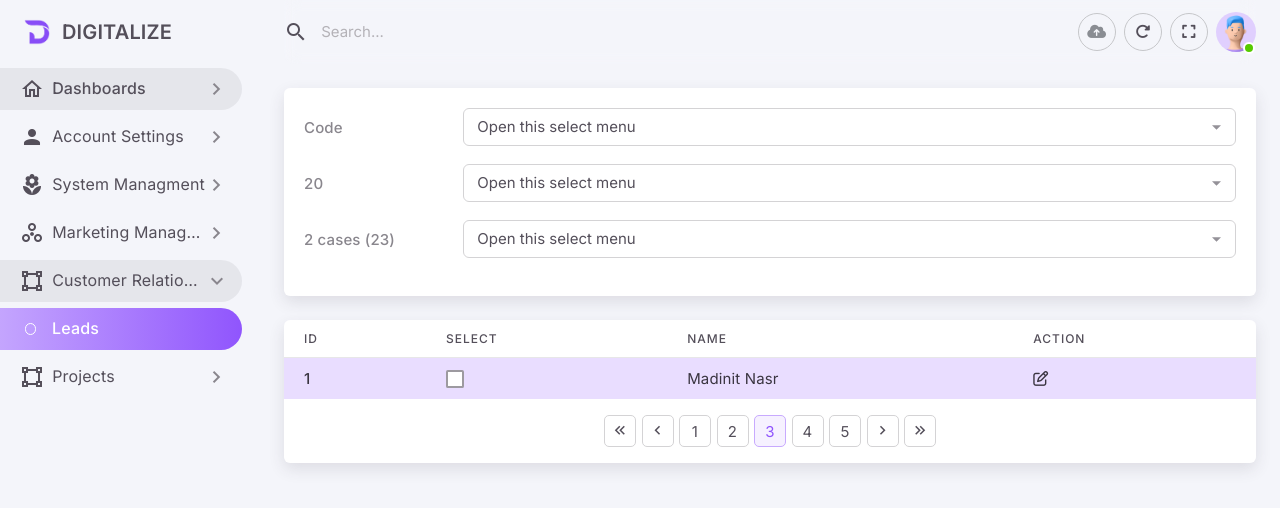
Repository: FadyFathey/sales-crm
Page: html/project-list.html
An editor plug-in stored every save of this project. The page is shown before and after the next save, followed by the edit.
The browser window is 1280 px wide. The pictures show the whole page.
Some icons come from a web library that is not loaded, so they are not drawn. Some web libraries are served in a nearby version.

Above is the page before, as saved 2024-10-09 13:48:16.
Console error: ReferenceError: d3 is not defined

After the next save:
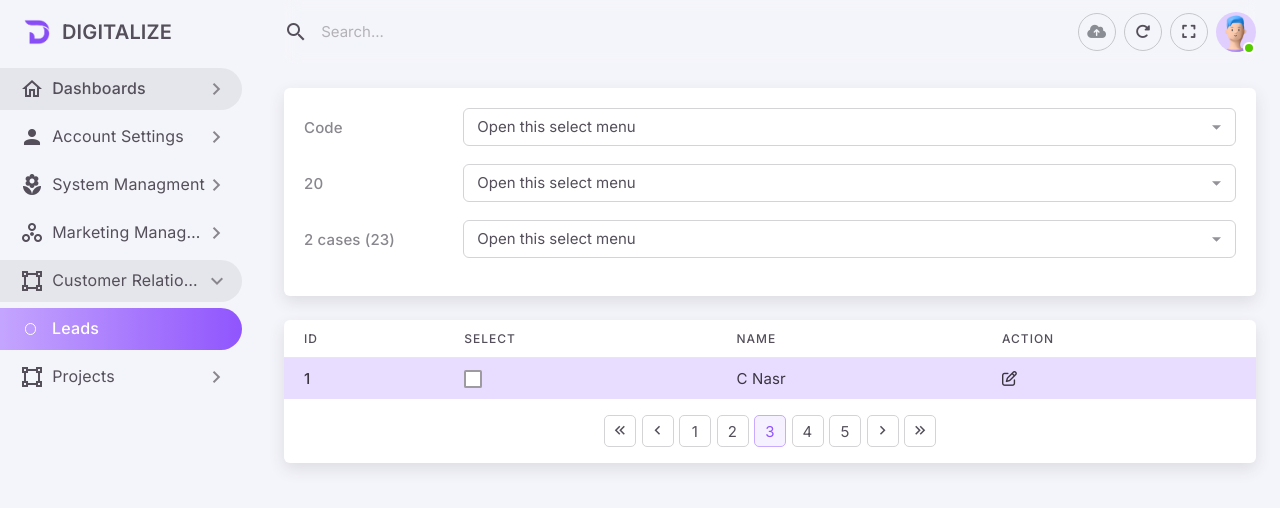
Saved 6 s later.
--- a/html/project-list.html
+++ b/html/project-list.html
@@ -398,7 +398,7 @@
                                             <td><input class="form-check-input" type="checkbox" value=""
                                                     id="defaultCheck1" /></td>
                                             <td>
-                                               Madinit Nasr
+                                               C Nasr
                                             </td>
                                             <td>
                                                 <i class="fa-regular fa-pen-to-square"></i>
